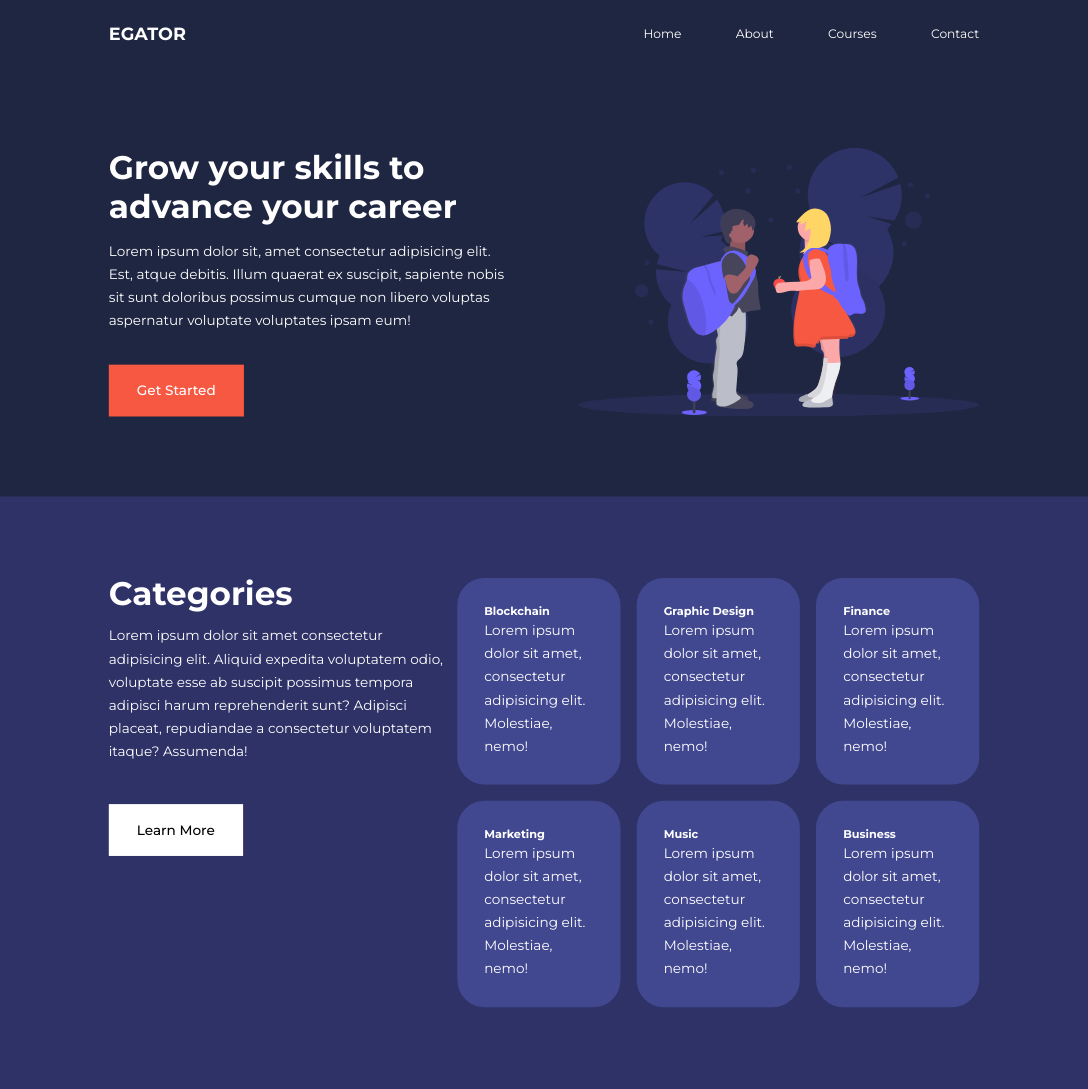
Repository: QUANGTHAI2003/education-web
Page: index.html
An editor plug-in stored every save of this project. The page is shown before and after the next save, followed by the edit.
The browser window is 1280 px wide. The pictures show the whole page, at 85% of full size.
Some icons come from a web library that is not loaded, so they are not drawn.

Above is the page before, as saved 2022-03-11 11:54:42.

After the next save:
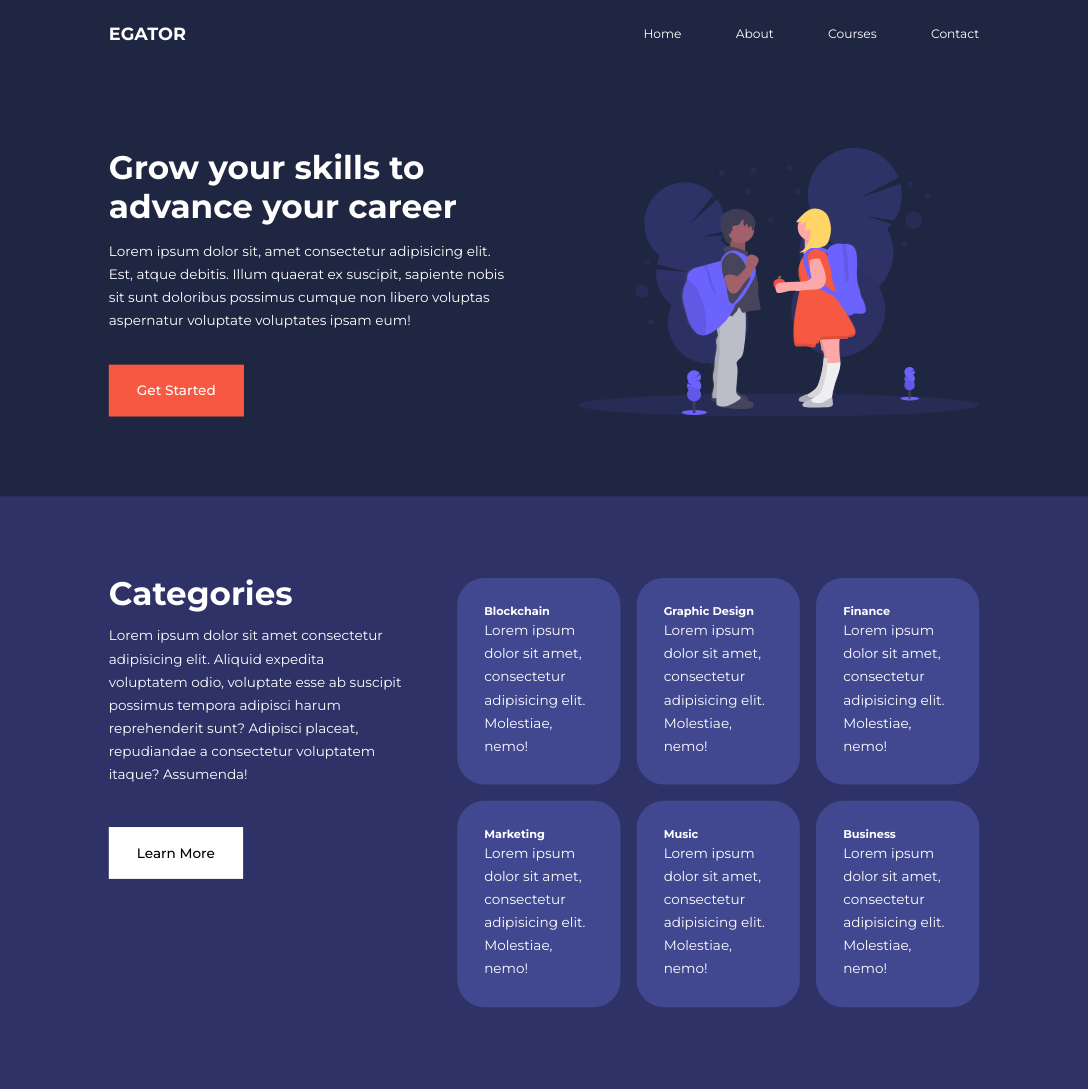
Saved 33 s later.
--- a/css/style.css
+++ b/css/style.css
@@ -175,6 +175,10 @@ header {
     grid-template-columns: 40% 60%;
 }
 
+.categories__left {
+    margin-right: 4rem;
+}
+
 .categories__left p {
     margin: 1rem 0 3rem;
 }
